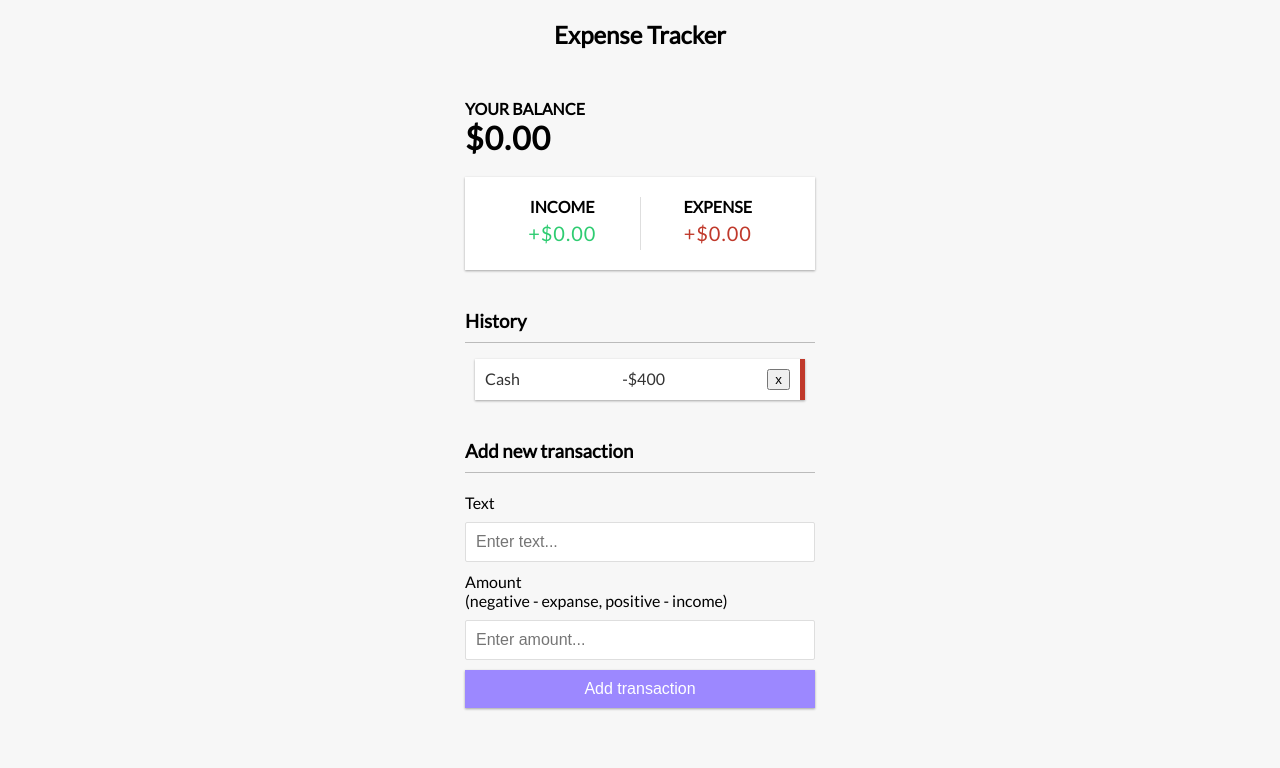
Repository: Youvelop/expenseTracker
Page: index.html
The author's editor kept a copy of each file at every save. The page is drawn from the files as they stood at one save, then again after the next save.
The browser window is 1280 px wide. The pictures show the whole page.

Above is the page before, as saved 2020-06-30 13:00:54.

### index.html
<!DOCTYPE html>
<html lang="en">
  <head>
    <meta charset="UTF-8" />
    <meta name="viewport" content="width=device-width, initial-scale=1.0" />
    <link rel="stylesheet" href="style.css" />
    <title>Expense Tracker</title>
  </head>
  <body>
    <h2>Expense Tracker</h2>

    <div class="container">
      <h4>Your Balance</h4>
      <h1 id="balance">$0.00</h1>

      <div class="inc-exp-container">
        <div>
          <h4>Income</h4>
          <p id="money-plus" class="money plus">+$0.00</p>
        </div>
        <div>
          <h4>Expense</h4>
          <p id="money-minus" class="money minus">+$0.00</p>
        </div>
      </div>

      <h3>History</h3>
      <ul id="list" class="list">
        <li class="minus">
          Cash <span>-$400</span><button class="delete-btn">x</button>
        </li>
      </ul>

      <h3>Add new transaction</h3>
      <form id="form">
        <div class="form-control">
          <label for="text">Text</label>
          <input type="text" id="text" placeholder="Enter text..." />
        </div>
        <div class="form-control">
          <label for="amount"
            >Amount <br />
            (negative - expanse, positive - income)</label
          >
          <input type="number" id="amount" placeholder="Enter amount..." />
        </div>
        <button class="btn">Add transaction</button>
      </form>
    </div>
    <script src="script.js"></script>
  </body>
</html>

### style.css
@import url('https://fonts.googleapis.com/css?family=Lato&display=swap');

:root {
  --box-shadow: 0 1px 3px rgba(0, 0, 0, 0.12), 0 1px 2px rgba(0, 0, 0, 0.24);
}

* {
  box-sizing: border-box;
}
body {
  background-color: #f7f7f7;
  display: flex;
  flex-direction: column;
  align-items: center;
  justify-content: center;
  min-height: 100vh;
  margin: 0;
  font-family: 'Lato', sans-serif;
}

.container {
  margin: 30px;
  width: 350px;
}

h1 {
  letter-spacing: 1px;
  margin: 0;
}

h3 {
  border-bottom: 1px solid #bbb;
  padding-bottom: 10px;
  margin: 40px 0 10px;
}

h4 {
  margin: 0;
  text-transform: uppercase;
}

.inc-exp-container {
  background-color: #fff;
  box-shadow: var(--box-shadow);
  padding: 20px;
  display: flex;
  justify-content: space-between;
  margin: 20px 0;
}

.inc-exp-container > div {
  flex: 1;
  text-align: center;
}

.inc-exp-container > div:first-of-type {
  border-right: 1px solid #dedede;
}

.money {
  font-size: 20px;
  letter-spacing: 1px;
  margin: 5px 0;
}

.money.plus {
  color: #2ecc71;
}
.money.minus {
  color: #c0392b;
}

label {
  display: inline-block;
  margin: 10px 0;
}

input[type='text'],
input[type='number'] {
  border: 1px solid #dedede;
  border-radius: 2px;
  display: block;
  font-size: 16px;
  padding: 10px;
  width: 100%;
}

.btn {
  background-color: #9c88ff;
  box-shadow: var(--box-shadow);
  color: #fff;
  border: 0;
  display: block;
  font-size: 16px;
  margin: 10px 0 30px;
  padding: 10px;
  width: 100%;
}

.list {
  list-style-type: none;
  padding: 0;
  margin-bottom: 40px;
}

.list li {
  background-color: white;
  box-shadow: var(--box-shadow);
  color: #333;
  display: flex;
  justify-content: space-between;
  position: relative;
  padding: 10px;
  margin: 10px;
}

.list li.minus {
  border-right: 5px solid #c0392b;
}
.list li.plus {
  border-right: 5px solid #2ecc71;
}

Loaded but not shown: script.js (no copy from this time; the picture is the same without it)

After the next save:
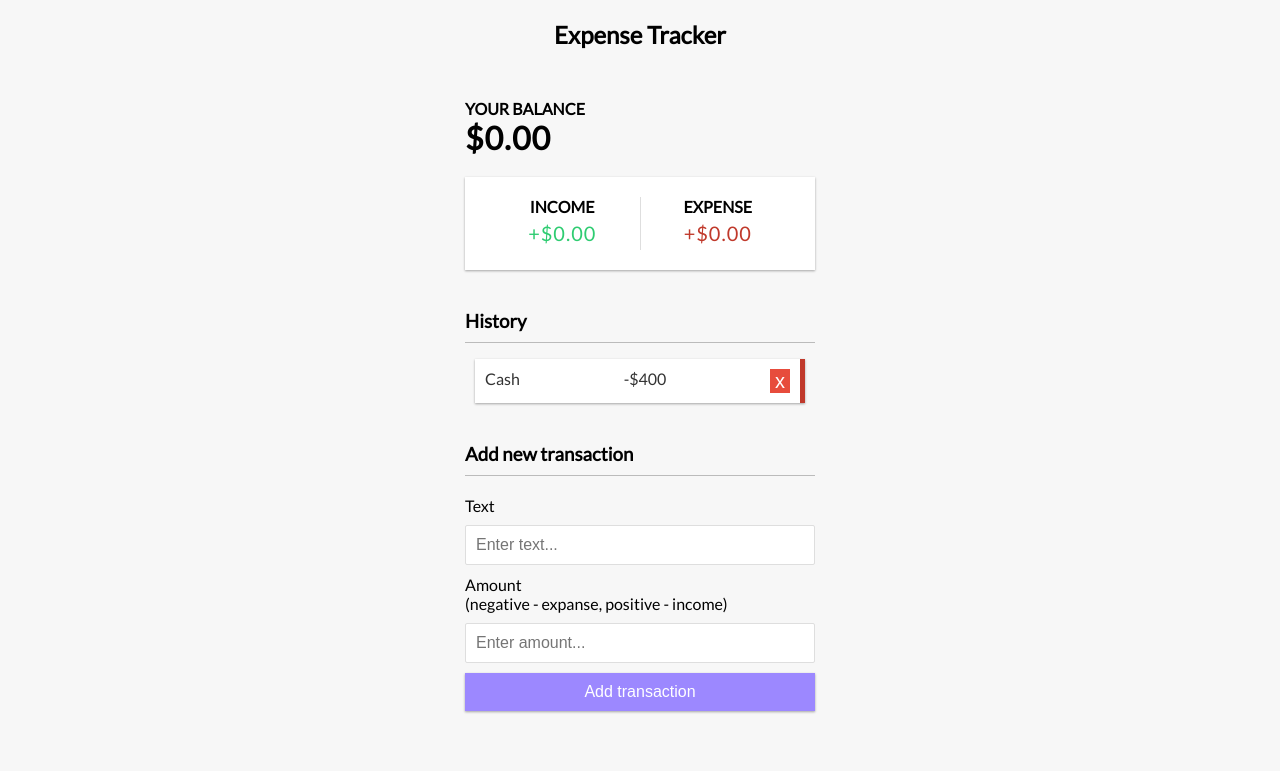
Saved 109 s later.
--- a/style.css
+++ b/style.css
@@ -120,3 +120,15 @@ input[type='number'] {
 .list li.plus {
   border-right: 5px solid #2ecc71;
 }
+
+.delete-btn {
+  background-color: #e74c3c;
+  border: 0;
+  color: white;
+  font-size: 20px;
+  line-height: 20px;
+  padding: 2px 5px;
+  position: asbolute;
+  top: 50%;
+  left: 0;
+}
